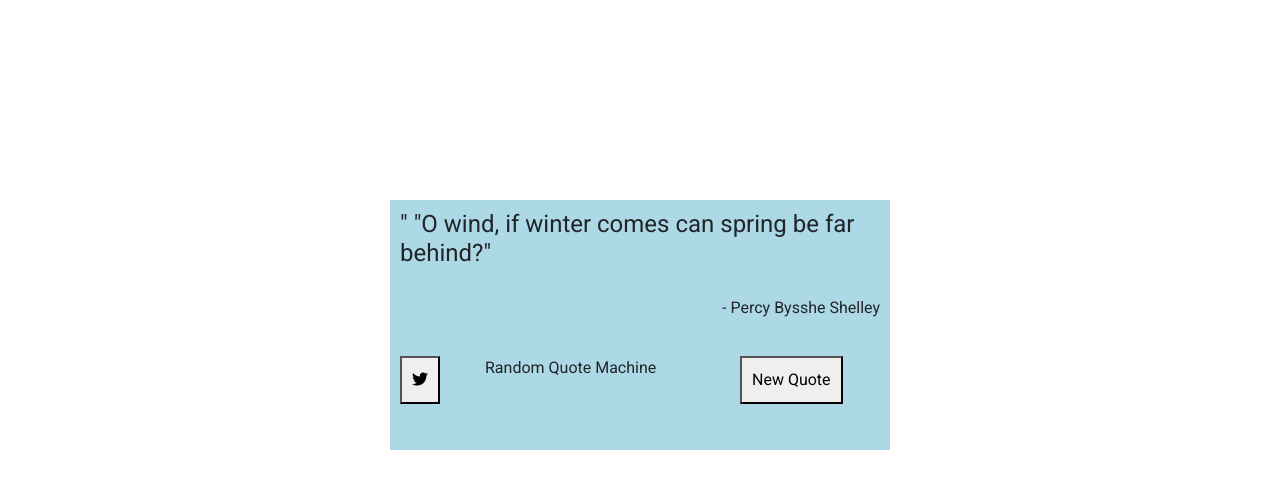
Repository: derektypist/random-quote-machine
Page: index.html
The author's editor kept a record of every edit. The page is drawn from the files as they stood at one moment, then again after the next edit.
The browser window is 1280 px wide. The pictures show the whole page.
Some web libraries are served in a nearby version.

Above is the page before.

After the next edit:
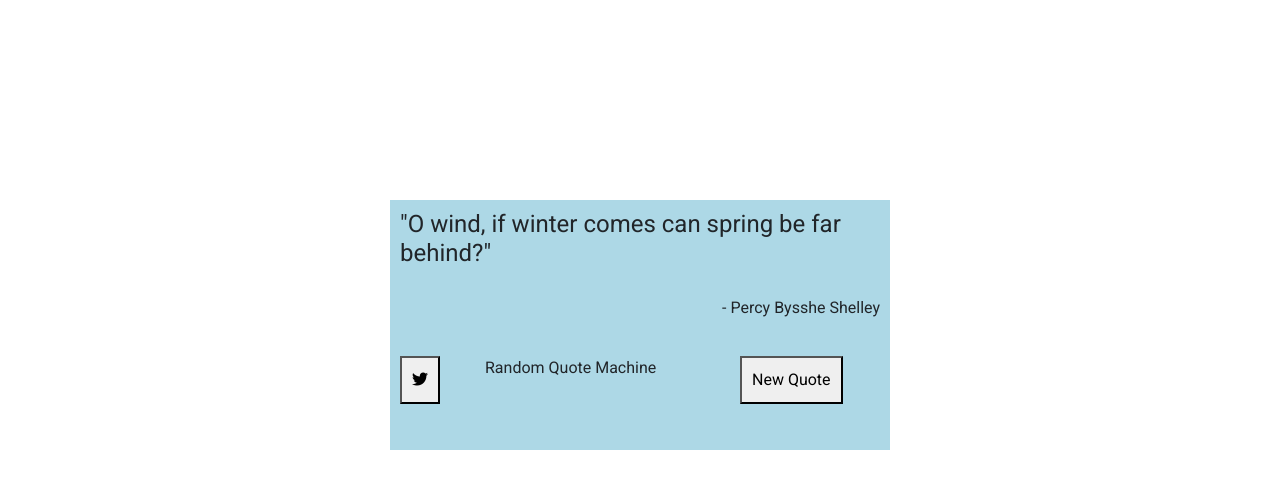
The edit:
--- a/index.html
+++ b/index.html
@@ -97,7 +97,7 @@
 
 
             // Display Text (Quote) and Author
-            $("#text").html(`<h4>&quot ${text}</h4>`);
+            $("#text").html(`<h4>${text}</h4>`);
             $("#author").html(`<p>- ${author}</p>`);
 
 
